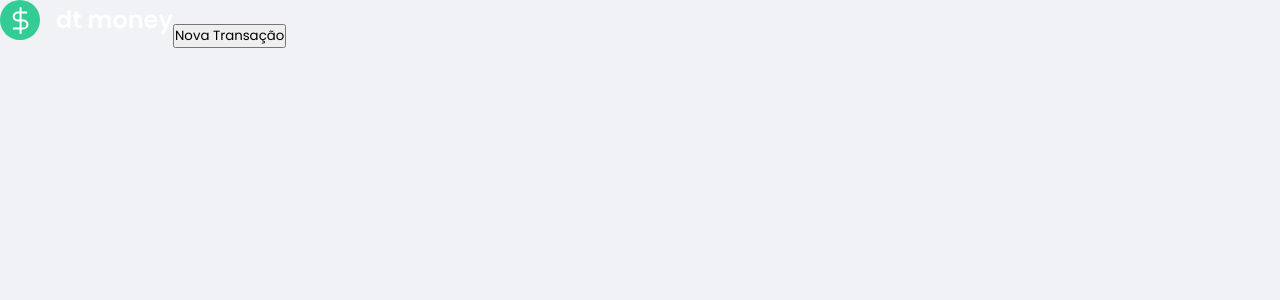
Repository: viniciusfg05/vlmoney
Page: /
These files come from the project's save history. The page is drawn as it stood at one moment and after the next save; the edit follows.
The browser window is 1280 px wide. The pictures show the whole page.
The project was rebuilt for these pictures with package versions that can differ from the ones it lists, and the page was loaded fresh each time.

Above is the page before, as saved 2022-02-21 12:47:13.

### public/index.html
<!DOCTYPE html>
<html lang="en">
  <head>
    <link rel="preconnect" href="https://fonts.googleapis.com" />

    <meta charset="utf-8" />
    <meta name="viewport" content="width=device-width, initial-scale=1" />

    <link rel="shortcut icon" href="favicon.png" type="image/png" />

    <link rel="preconnect" href="https://fonts.gstatic.com" crossorigin />
    <link
      href="https://fonts.googleapis.com/css2?family=Poppins:wght@400;600&display=swap"
      rel="stylesheet"
    />
    <title>VlMoney</title>
  </head>
  <body>
    <noscript>You need to enable JavaScript to run this app.</noscript>
    <div id="root"></div>
  </body>
</html>

### src/App.tsx
import styled from 'styled-components'
import { Header } from './components/Header';
import { GlobalStyles } from './styles/global';

export function App() {
  return (
    <>
      <Header />

      <GlobalStyles />
    </>
  );
}

//export default App: pq nao usar que quem defini o nome da exportação é o importação e não a exportação

### src/components/Header/index.tsx
import logoImg from '../../assets/logo.svg'

export function Header() {
  return (
    <header>
      <img src={logoImg} alt="vlmoney" />
      <button>
        Nova Transação
      </button>
    </header>
  )
}

### src/styles/global.ts
import { createGlobalStyle } from 'styled-components'

export const GlobalStyles = createGlobalStyle`
  :root {
    --background: #f0f2f5;
    --roxo: #5429CC;
    --roxo-light: #6933FF;
    --green: #33CC95;
    --red: #E62E4D;
    --shape: #FFFFFF;
    --title-body: #363F5F;
    --text-body: #969CB3;
  }

  *{
    margin: 0;
    padding: 0;
    box-sizing: border-box;
  }

  html {
    @media (max-width: 1080px) {
      font-size: 93.75%; // 15px
    }

    @media (max-width: 720px) {
      font-size: 87.5%; // 15px
    }
  }

  body {
    background: var(--background) ;
    -webkit-font-smothing: antialiased; //para font ficar mais nitida
  }

  border-style, input, textarea, button {
    font-family: "Poppins", sans-serif;
    font-weight: 400;
  }

  h1, h2, h3, h4, h5, h6, strong {
    font-weight: 600;
  }

  button {
    cursor: pointer;
  }

  [disabled] {
    opacity: 0.6;
    cursor: not-allowed; //nao permitido
  }
`

### src/components/Header/styles.ts
import styled from 'styled-components'

export const Container = styled.header`
  background-color: var(--roxo)
`

Loaded but not shown: src/index.tsx (common file)

After the next save:
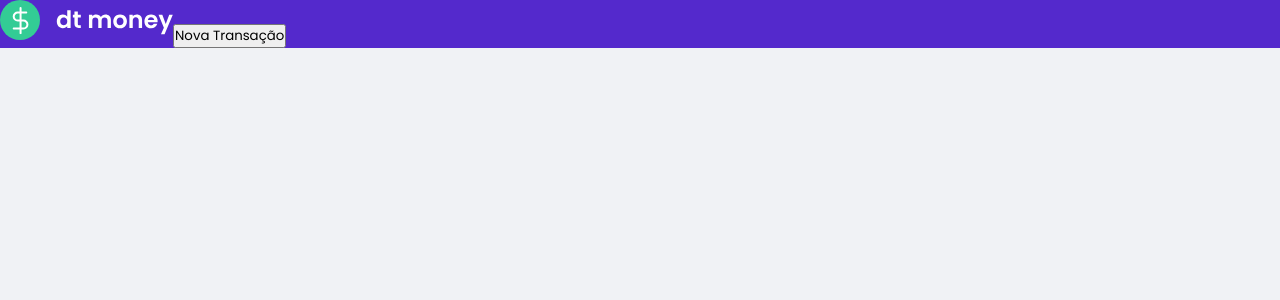
Saved 37 s later.
--- a/src/components/Header/index.tsx
+++ b/src/components/Header/index.tsx
@@ -1,12 +1,13 @@
 import logoImg from '../../assets/logo.svg'
+import { Container } from './styles'
 
 export function Header() {
   return (
-    <header>
+    <Container>
       <img src={logoImg} alt="vlmoney" />
       <button>
         Nova Transação
       </button>
-    </header>
+    </Container>
   )
 }
